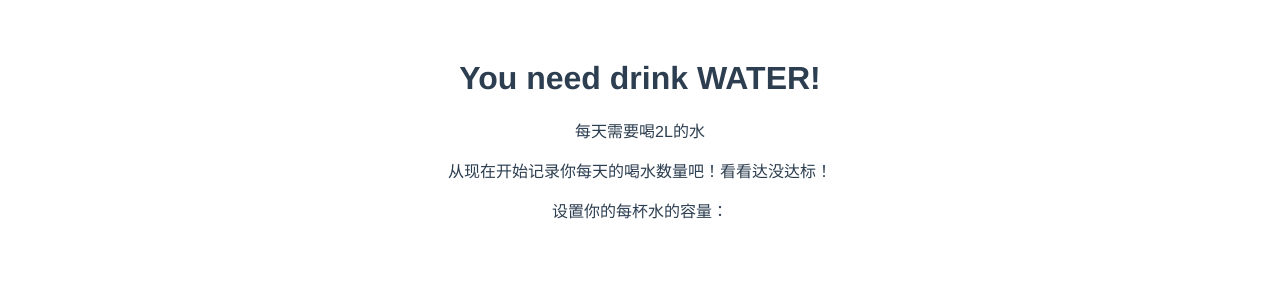
Repository: xuehebinglan/apps.xuehebinglan.com
Page: /drink-water
The author's editor kept a copy of each file at every save. The page is drawn from the files as they stood at one save, then again after the next save.
The browser window is 1280 px wide. The pictures show the whole page.
The project was rebuilt for these pictures with package versions that can differ from the ones it lists, and the page was loaded fresh each time. Also part of the build but not shown: src/components/HomePage.vue.

Above is the page before, as saved 2018-06-20 15:35:20.

After the next save:
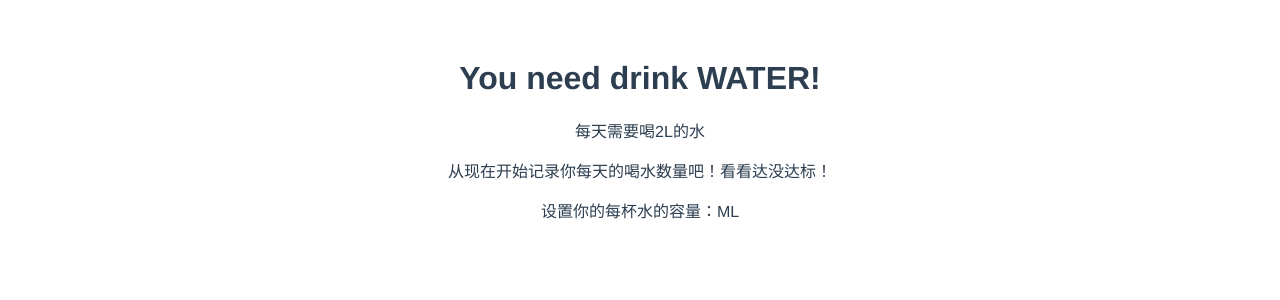
Saved 8 s later.
--- a/src/components/DrinkWater.vue
+++ b/src/components/DrinkWater.vue
@@ -8,6 +8,7 @@
     <div class="cup-capacity">
       <span>设置你的每杯水的容量：</span>
       <el-input v-model="cupCapacity" placeholder="请输入内容"></el-input>
+      <span>ML</span>
     </div>
   </div>
 </template>
